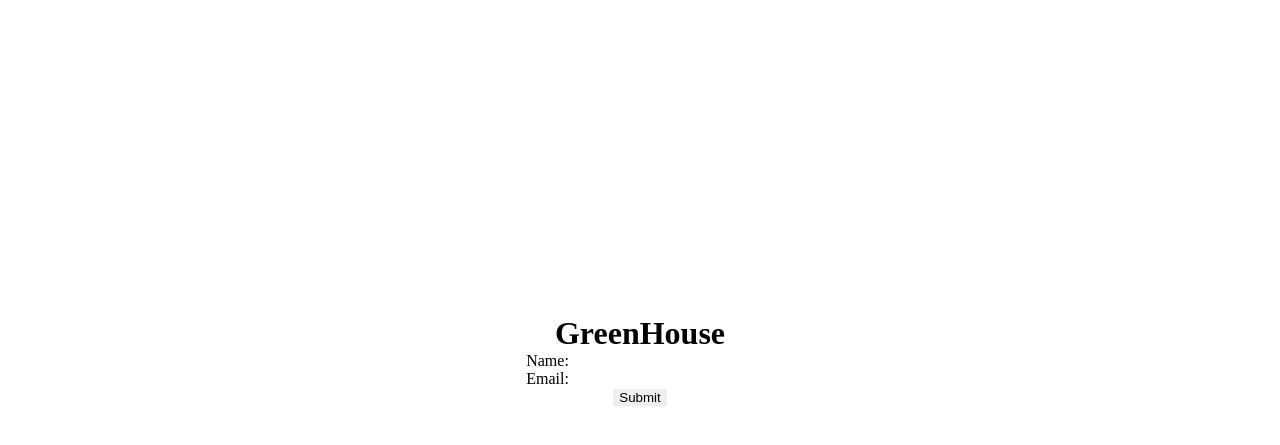
Repository: idan226688/WorkTrack
Page: index.html
The author's editor kept a copy of each file at every save. The page is drawn from the files as they stood at one save, then again after the next save.
The browser window is 1280 px wide. The pictures show the whole page.

Above is the page before, as saved 2023-08-30 17:58:14.

After the next save:
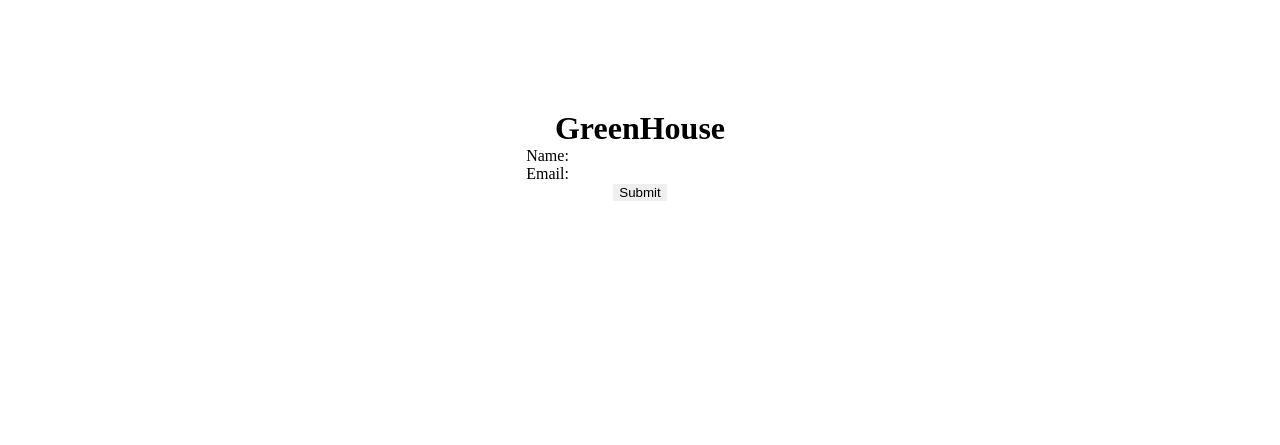
Saved 45 s later.
--- a/GreenHouse.css
+++ b/GreenHouse.css
@@ -13,4 +13,6 @@
     display: flex;
     flex-direction: column;
     align-items: center;
+    height: 500px;
+    width: 420px;
 }
